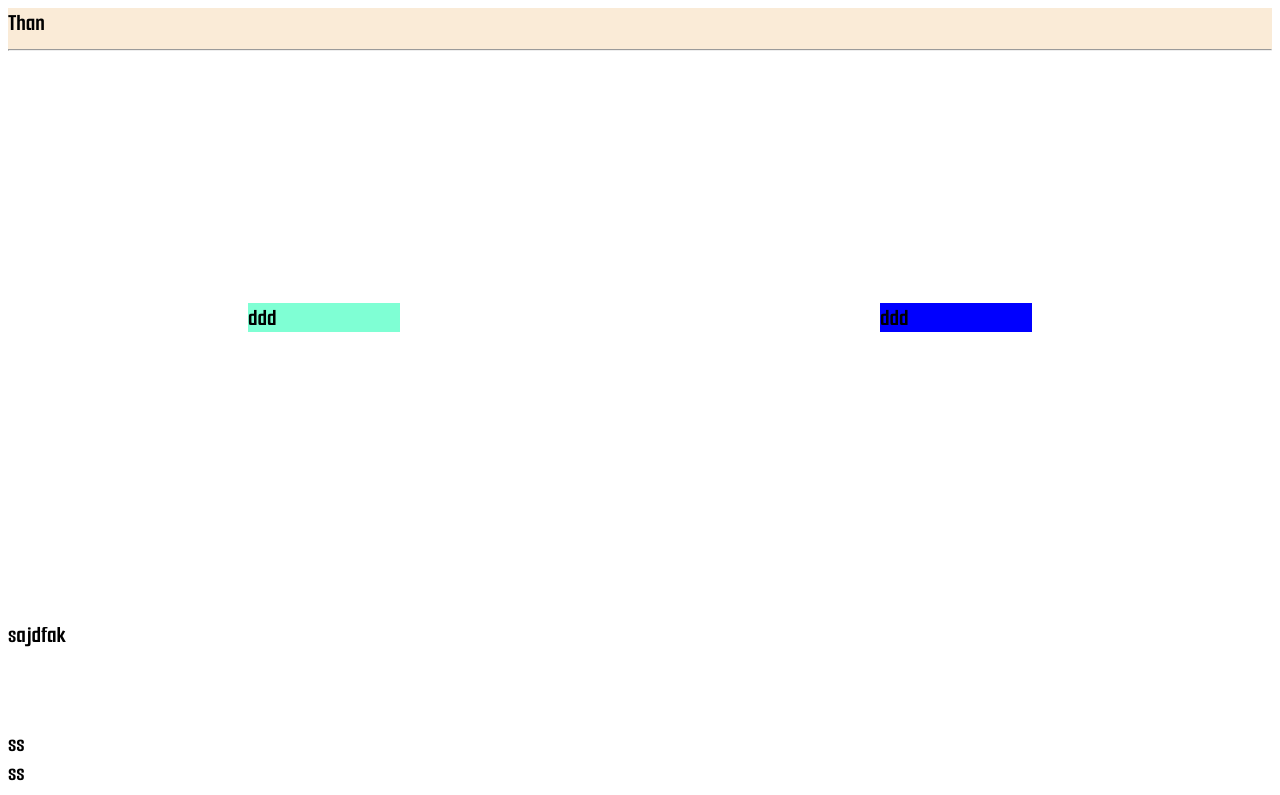
Repository: Than-dot/Than-dot
Page: index.html
These files come from the project's save history. The page is drawn as it stood at one moment and after the next save; the edit follows.
The browser window is 1280 px wide. The pictures show the whole page.

Above is the page before, as saved 2026-04-22 12:40:45.

### index.html
<!doctype html>
<html lang="en">
  <head>
    <meta charset="UTF-8" />
    <meta name="viewport" content="width=device-width, initial-scale=1.0" />
    <title>Than</title>
    <link rel="stylesheet" href="styles/global.css" />
    <link rel="stylesheet" href="styles/index.css" />
  </head>

  <body>
    <header>
      <nav>Than</nav>
      <hr />
    </header>
    <main class="container">
      <article class="f-art">ddd</article>
      <aside class = "f-asi">ddd</aside>
      <article class="stats">sajdfak</article>
    </main>
    <article>ss</article>
    <aside>ss</aside>
  </body>
</html>

### styles/global.css
@font-face {
  font-family: Smooch-Sans;
  src: url(/assets/font/Roboto,Smooch_Sans/Smooch_Sans/SmoochSans-VariableFont_wght.ttf);
}

body {
  font-family: Smooch-Sans, sans-serif;
  font-weight: bold;
  font-size: 1.5rem;
}

### styles/index.css


.container {
  display: grid;
  grid-template-columns: auto auto;
}

header {
  background-color: antiquewhite;
}

.f-art {
  background-color: aquamarine;
  margin: 15rem;
}

.f-asi {
  background-color: blue;
  margin: 15rem;
}

.stats {
  margin-top: 3rem;
  margin-bottom: 5rem;
}

After the next save:
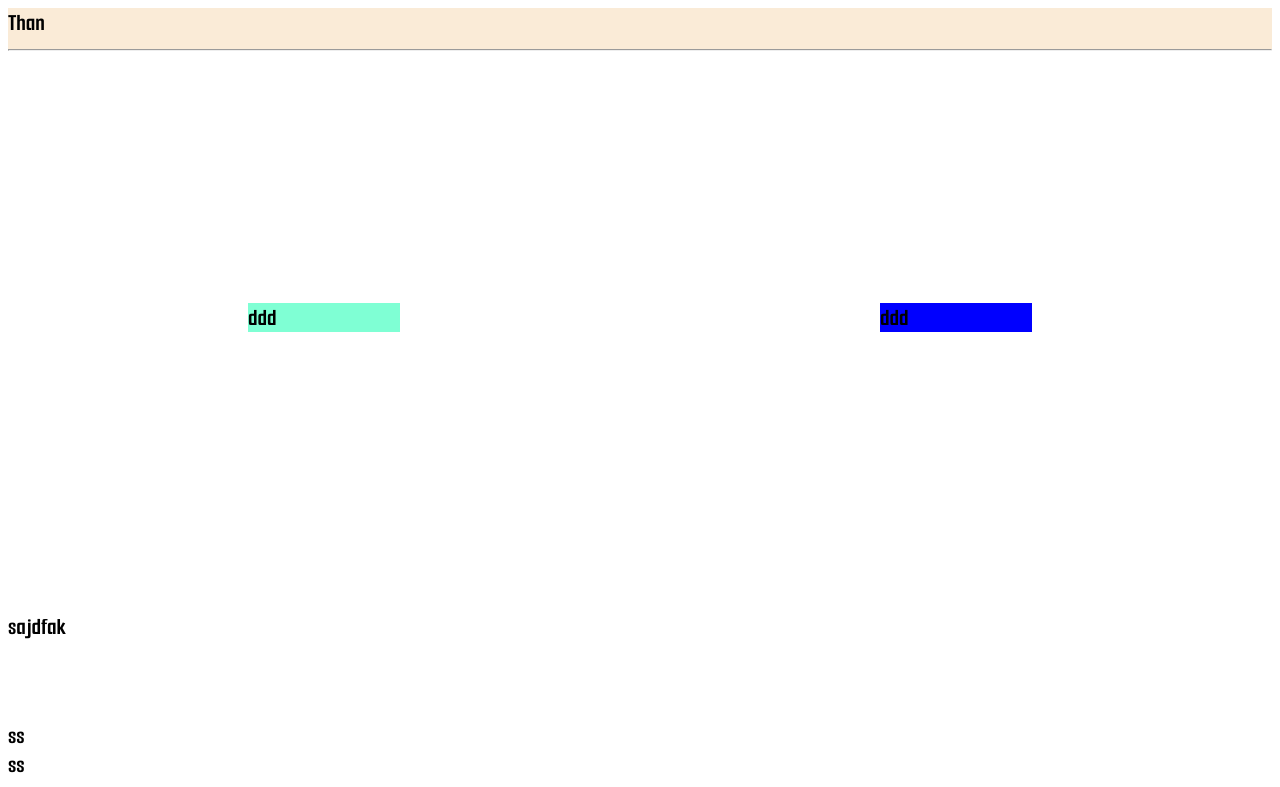
Saved 4 s later.
--- a/styles/index.css
+++ b/styles/index.css
@@ -1,5 +1,3 @@
-
-
 .container {
   display: grid;
   grid-template-columns: auto auto;
@@ -20,6 +18,6 @@ header {
 }
 
 .stats {
-  margin-top: 3rem;
+  margin-top: 2.5rem;
   margin-bottom: 5rem;
 }
